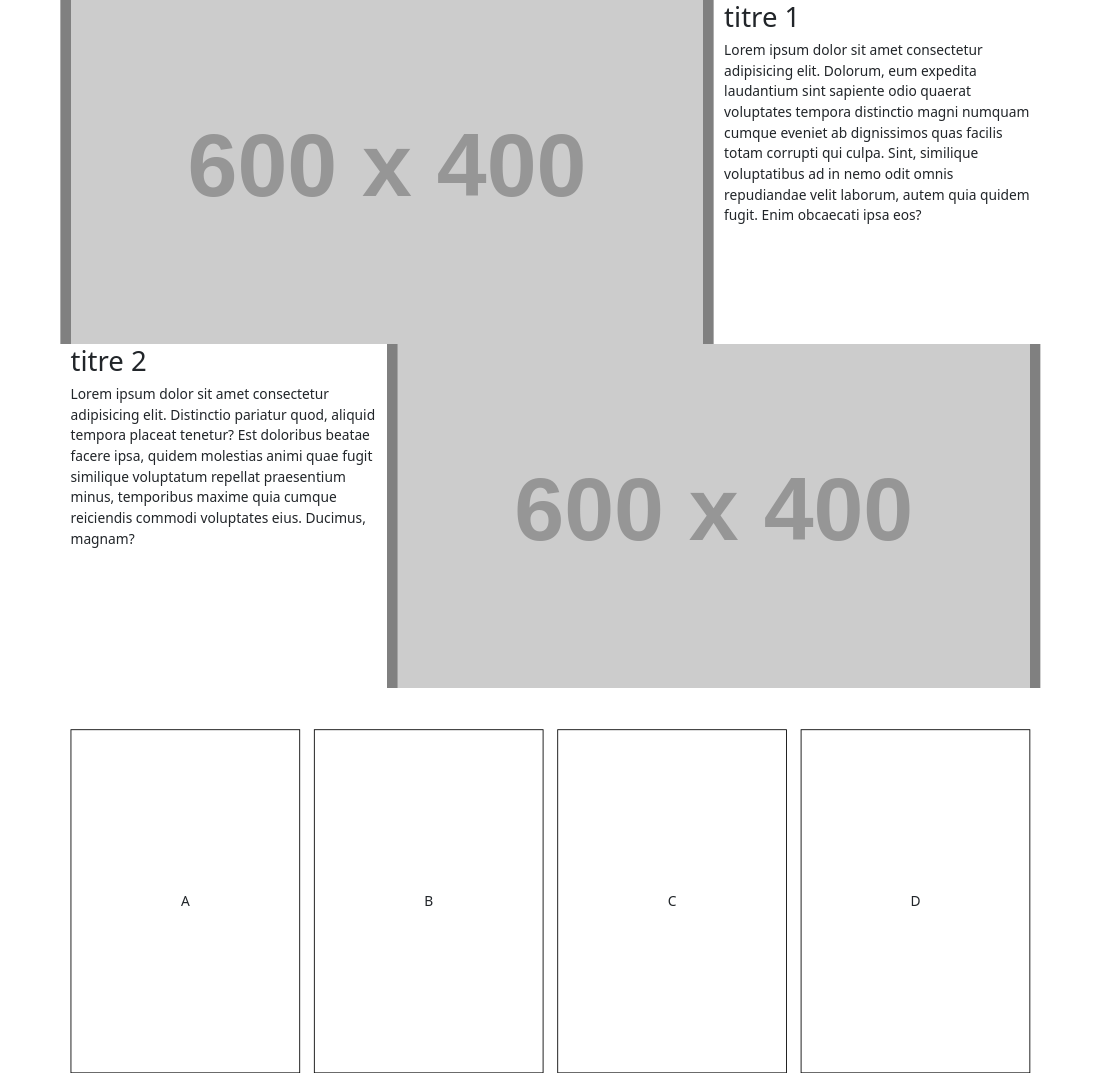
Repository: fbansept/ran4_24
Page: correction-tp.html
An editor plug-in stored every save of this project. The page is shown before and after the next save, followed by the edit.
The browser window is 1280 px wide. The pictures show the whole page, at 86% of full size.

Above is the page before, as saved 2024-10-22 09:56:15.

After the next save:
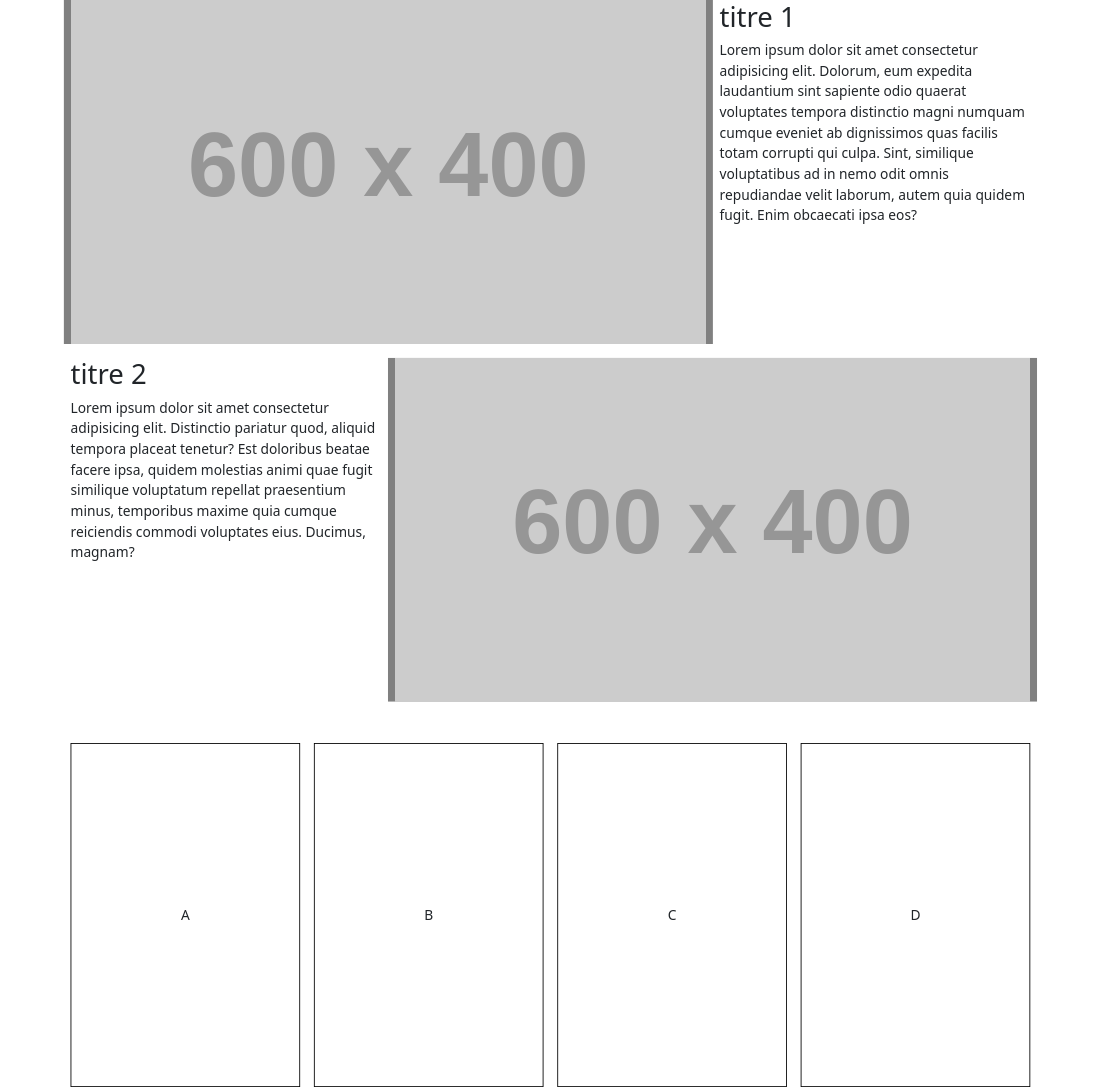
Saved 8 s later.
--- a/correction-tp.html
+++ b/correction-tp.html
@@ -21,7 +21,7 @@
     <link rel="stylesheet" href="style.css" />
   </head>
   <body class="container">
-    <section class="row mb-lg-3">
+    <section class="row mb-lg-3 g-3">
       <img
         class="col-md-6 col-lg-8"
         src="https://placehold.co/600x400"
